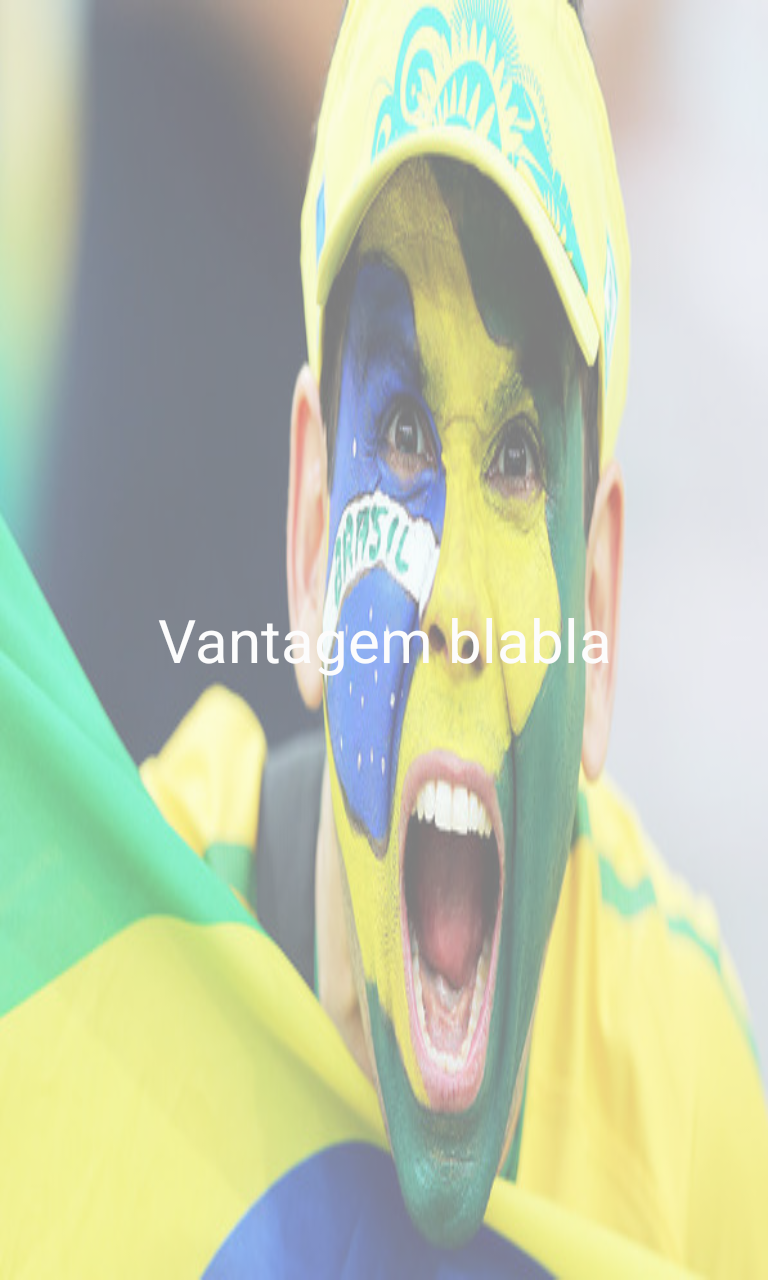
Repository: wellingtondessuy/AppLearning
Layout: HappyApp/res/layout/fragment_4.xml
These files come from the project's save history. The layout is drawn as it stood at one moment and after the next save; the edit follows.
It is drawn on a 768 x 1280 px phone screen (xhdpi) without system bars, with theme AppTheme; the app's code is not run.

Above is the layout before, as saved 2015-05-22 14:32:45.

After the next save:
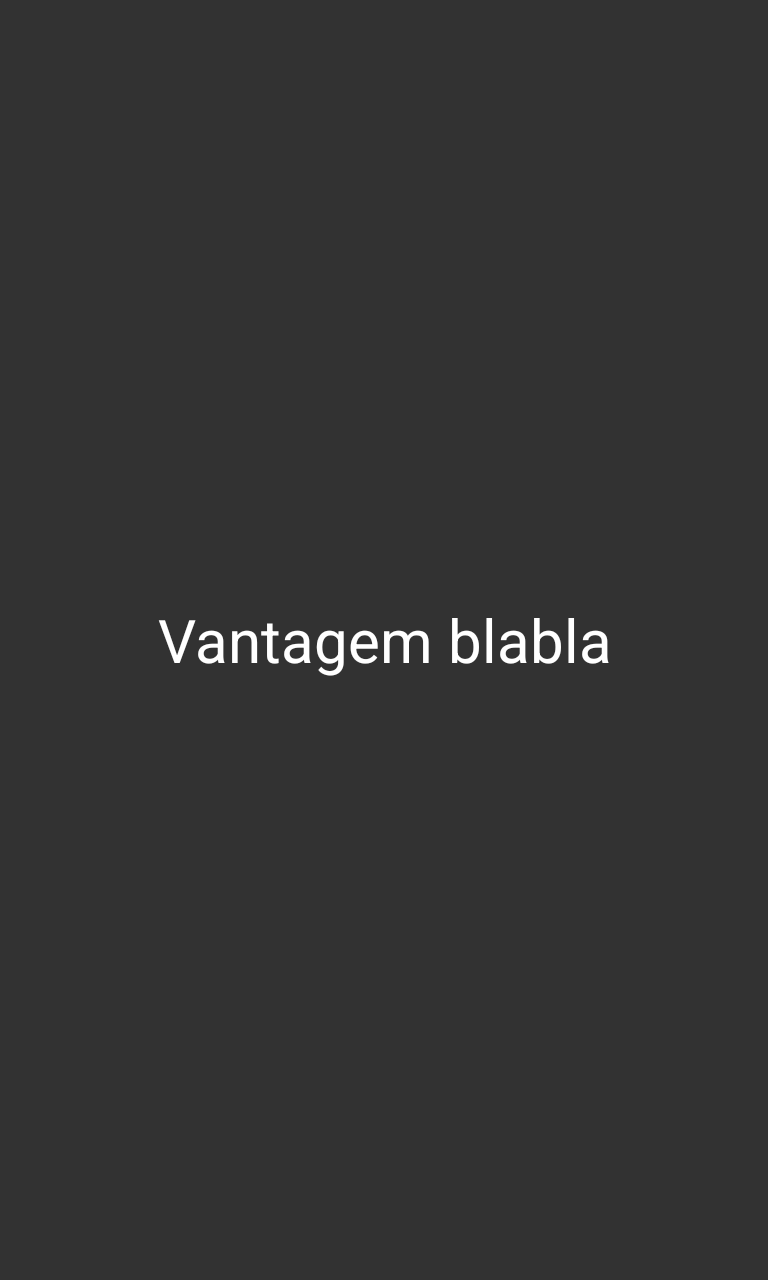
Saved 4 s later.
--- a/HappyApp/res/layout/fragment_4.xml
+++ b/HappyApp/res/layout/fragment_4.xml
@@ -2,8 +2,7 @@
     xmlns:tools="http://schemas.android.com/tools"
     android:layout_width="match_parent"
     android:layout_height="match_parent"
-    android:background="@drawable/back_1"
-    android:alpha="0.5"
+    android:background="#CC000000"
     tools:context="com.example.happyapp.MainActivity$PlaceholderFragment" >
 
     <TextView
